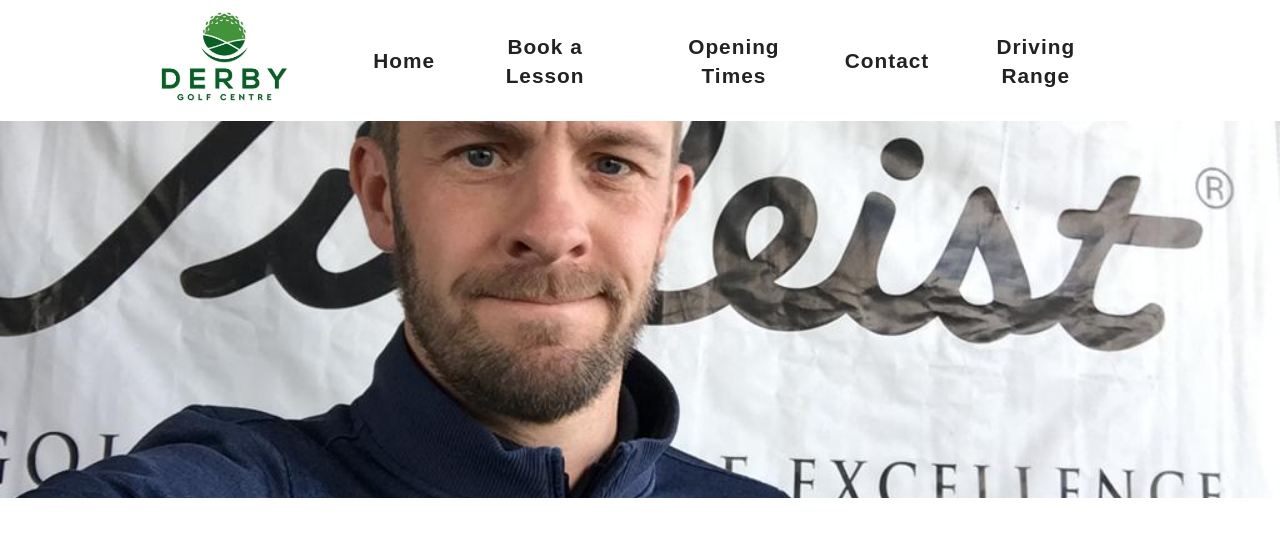
Repository: frankinstyyn/nigeljamesconsulting
Page: /lesson
These files come from the project's save history. The page is drawn as it stood at one moment and after a run of saves; the edit follows.
The browser window is 1280 px wide. The pictures show the whole page.
Some web fonts or font styles are not loaded; a fallback is used. The project was rebuilt for these pictures with package versions that can differ from the ones it lists, and the page was loaded fresh each time. Also part of the build but not shown: src/pages/Home.js, src/pages/SingleRoom.js, src/pages/Error.js.

Above is the page before, as saved 2021-01-07 23:22:03.

After the next 3 saves:
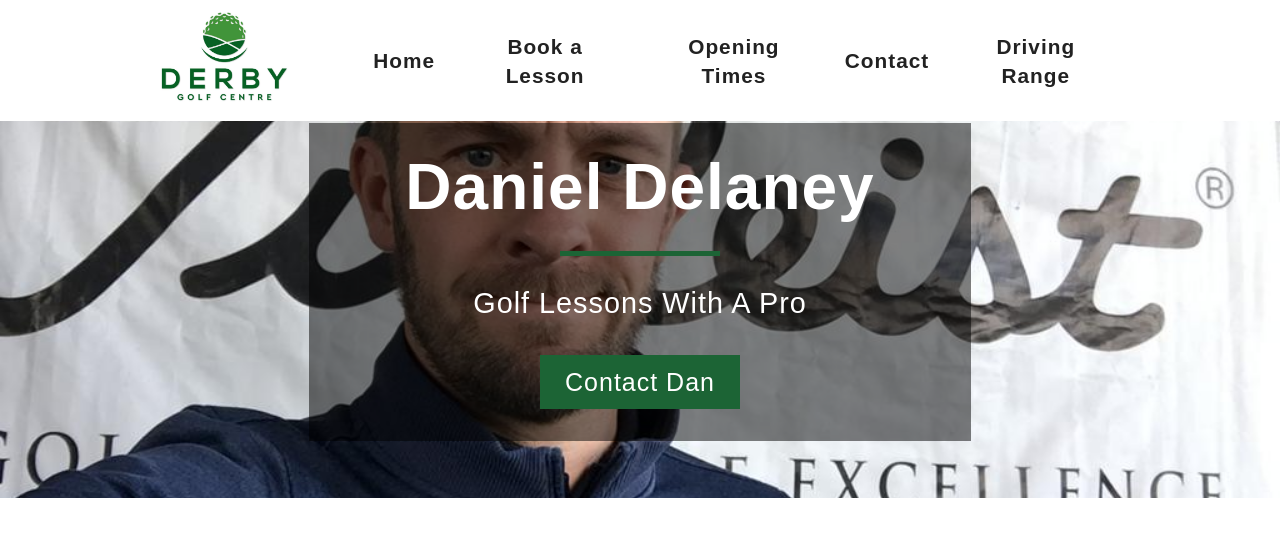
The 3 saves are shown as one change because 2 did not build or start.
The last was saved 4 min 9 s later.
--- a/src/pages/Lesson.js
+++ b/src/pages/Lesson.js
@@ -1,8 +1,16 @@
 import React from "react";
 import Hero from "../components/Hero"
+import Banner from "../components/Banner";
+import { Link } from "react-router-dom";
 
-const Lesson = () => {
-  return <Hero hero="lessonHero" />
+export default function Home() {
+  return (
+    <Hero hero="lessonHero" >
+      <Banner title="Daniel Delaney" subtitle="Golf lessons with a pro">
+        <Link to="/contact-dan" className="btn-primary">
+          Contact Dan
+      </Link>
+      </Banner>
+    </Hero>
+  );
 };
-
-export default Lesson;
